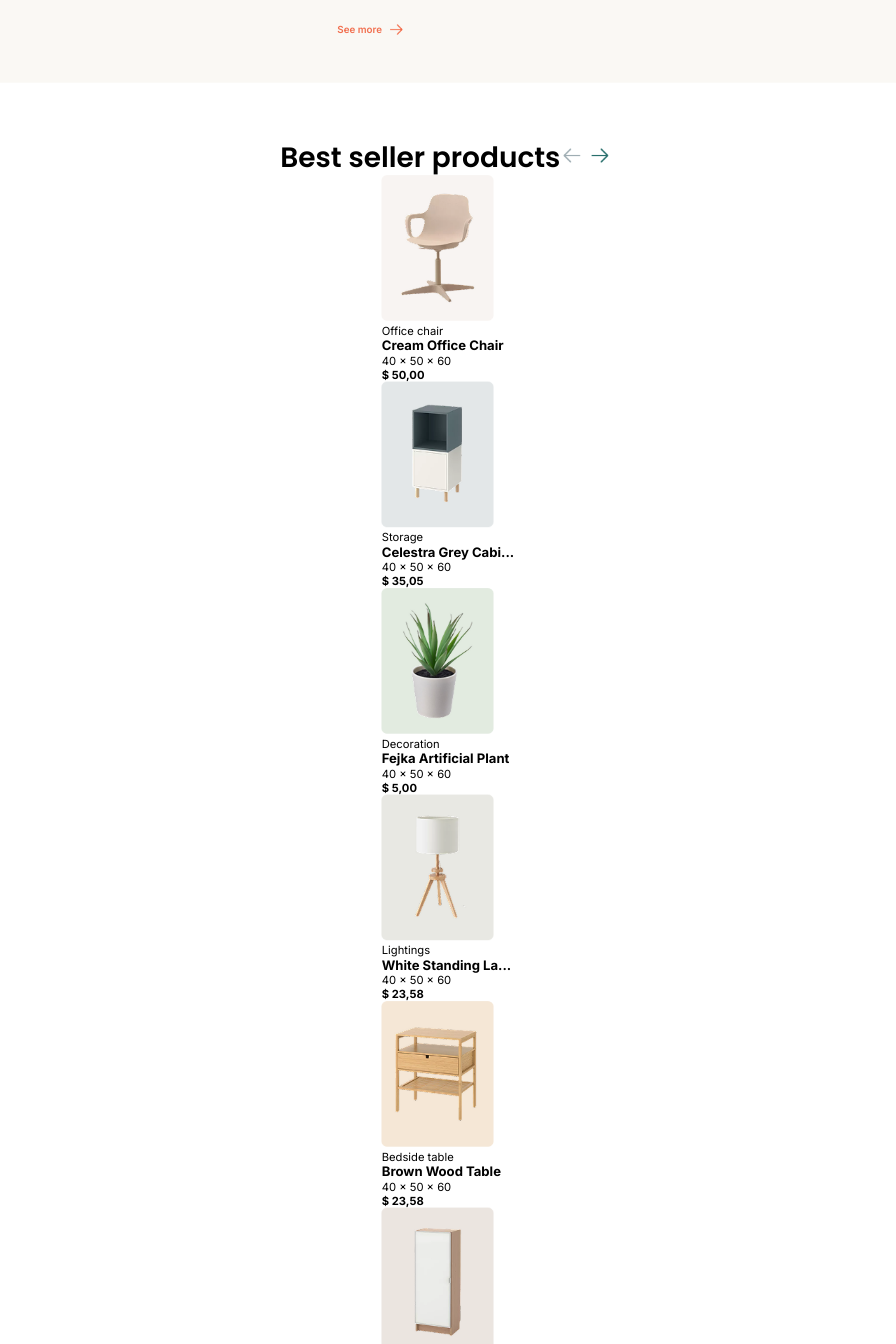
Repository: MatheusEich15/FrontEnd
Page: Prova 1 FrontEnd/Prova 1 FrontEnd/index.html
An editor plug-in stored every save of this project. The page is shown before and after the next save, followed by the edit.
The browser window is 1280 px wide. The pictures show the part of the page from y = 1673 to 3593 px (the page is 6204 px tall before and 4729 px after), at 70% of full size.

Above is the page before, as saved 2026-03-12 14:04:02.

### Prova 1 FrontEnd/Prova 1 FrontEnd/index.html
<!DOCTYPE html>

<html lang="en">

<head>
    <meta charset="UTF-8">
    <meta name="viewport" content="width=device-width, initial-scale=1.0">
    <title>Coca</title>
    <link rel="stylesheet" href="style.css">
    <!--  -->
</head>

<body>

    <header>

        <div id="links-header"> <!-- div para links do lado esquerdo -->
            <div id="logo-header"><img src="./assets/images/Logo-images/Logo.png" alt="Logo"></div>
            <nav>
                <ul>
                    <li><a href="#"><span>About</span></a></li>
                    <li><a href="#">Blog</a></li>
                    <li><a href="#">Contact</a></li>
                </ul>
            </nav>
        </div>
        <div id="btn-header"> <!-- div para links do lado direito -->
            <a id="sign-in-btn" href="#">Sign In</a>
            <button><img src="./assets/icons/Menu.png" alt="Menu"></button>
        </div>

    </header>

    <main>

        <section id="introduction"> <!-- Introdução ao site -->
            <div id="introduction-content">
                <h3>Explore any kind of furnitures</h3>
                <h1>Better Furniture <br>
                    Better Living</h1>
                <div id="introduction-btn">
                    <a href="#">Check our projects</a>
                    <div id="right-arrow"><img src="./assets/icons/Short Right Arrow.png" alt="Seta"></div>
                </div>
            </div>
        </section>

        <section id="about"> <!-- Sobre o site -->
            <div class="title">
                <h2>What we provide</h2>
            </div>
            <div id="about-items"> <!-- Informações básicas -->
                <div class="about-item">
                    <img src="./assets/icons/Home.png" alt="Ícone de Home">
                    <h3>10 years of experience <br>
                        in furniture business</h3>
                    <p>We’re already established since 2012, and <br>
                        in 10 years we have lots of positive <br>
                        reviews and achievements</p>
                    <div id="see-more-btn">
                        <a href="#">See more</a>
                        <img src="./assets/icons/Normal Right Arrow.png" alt="Seta">
                    </div>
                </div>
                <div class="about-item">
                    <img src="./assets/icons/Credit Card.png" alt="Ícone de Cartão de Crédito">
                    <h3>Afforable price with <br>
                        world class quality</h3>
                    <p>Our craftsmen have lots of experience <br>
                        dealing with crafting furnitures and some <br>
                        of them have world class quality</p>
                    <div id="see-more-btn">
                        <a href="#">See more</a>
                        <img src="./assets/icons/Normal Right Arrow.png" alt="Seta">
                    </div>
                </div>
                <div class="about-item">
                    <img src="./assets/icons/Thumbs Up.png" alt="Ícone de Polegares Para Cima">
                    <h3>Bring your ideas into <br>
                        a living product</h3>
                    <p>Besides you can buy the existing product, <br>
                        you can also consultate with us also to <br>
                        make your dream furniture</p>
                    <div id="see-more-btn">
                        <a href="#">See more</a>
                        <img src="./assets/icons/Normal Right Arrow.png" alt="Seta">
                    </div>
                </div>
            </div>
        </section>

        <section id="products"> <!-- Produtos disponíveis -->
            <div class="title-arrows">
                <h2>Best seller products</h2>
                <div class="title-btn">
                    <img src="./assets/icons/Normal Left Arrow Sells.png" alt="Seta">
                    <img src="./assets/icons/Normal Right Arrow Sells.png" alt="Seta">
                </div>
            </div>
            <div id="products-items">
                <div class="product-item">
                    <img src="./assets/images/Products-images/Cream Office Chair.png" alt="Cadeira de Escritório Cor Creme">
                    <p>Office chair</p>
                    <h3>Cream Office Chair</h3>
                    <p>40 x 50 x 60</p>
                    <h4>$ 50,00</h4>
                </div>
                <div class="product-item">
                    <img src="./assets/images/Products-images/Celestra Grey Cabi.png" alt="Armário Pequeno Cor Cinza e Branco">
                    <p>Storage</p>
                    <h3>Celestra Grey Cabi...</h3>
                    <p>40 x 50 x 60</p>
                    <h4>$ 35,05</h4>
                </div>
                <div class="product-item">
                    <img src="./assets/images/Products-images/Fejka Artificial Plant.png" alt="Planta Artificial em Vaso Cor Cinza">
                    <p>Decoration</p>
                    <h3>Fejka Artificial Plant</h3>
                    <p>40 x 50 x 60</p>
                    <h4>$ 5,00</h4>
                </div>
                <div class="product-item">
                    <img src="./assets/images/Products-images/White Standing La.png" alt="Luminária Cor Branca">
                    <p>Lightings</p>
                    <h3>White Standing La...</h3>
                    <p>40 x 50 x 60</p>
                    <h4>$ 23,58</h4>
                </div>
                <div class="product-item">
                    <img src="./assets/images/Products-images/Brown Wood Table.png" alt="Mesa de Madeira Cor Marrom">
                    <p>Bedside table</p>
                    <h3>Brown Wood Table</h3>
                    <p>40 x 50 x 60</p>
                    <h4>$ 23,58</h4>
                </div>
                <div class="product-item">
                    <img src="./assets/images/Products-images/Morliden Book Rac.png" alt="Armário Médio Moderno Cor Branca">
                    <p>Storage</p>
                    <h3>Morliden Book Rac...</h3>
                    <p>40 x 50 x 60</p>
                    <h4>$ 117,73</h4>
                </div>
            </div>
        </section>

        <section id="projects"> <!-- Demonstrações de projetos -->
            <div class="title">
                <h2><span>Our latest project</span></h2>
            </div>
            <div id="projects-items">
                <div class="project-item">
                    <img src="./assets/images/Projects-images/Kitchen.png" alt="Demonstração de Cozinha">
                    <h3>KITCHEN</h3>
                    <p>Architech & Interior Design - 2023</p>
                </div>
                <div class="project-item">
                    <img src="./assets/images/Projects-images/Livingroom.png" alt="Demonstração de Sala de Estar">
                    <h3>LIVINGROOM</h3>
                    <p>Architech & Interior Design - 2023</p>
                </div>
                <div class="project-item">
                    <img src="./assets/images/Projects-images/Bedroom.png" alt="Demonstração de Quarto">
                    <h3>BEDROOM</h3>
                    <p>Architech & Interior Design - 2023</p>
                </div>
                <div class="project-item">
                    <img src="./assets/images/Projects-images/Bathroom.png" alt="Demonstração de Banheiro">
                    <h3>BATHROOM</h3>
                    <p>Architech & Interior Design - 2023</p>
                </div>
            </div>
            <div id="project-btn"> <!-- Seta do Desktop para ver mais projetos -->
                <img src="./assets/icons/Normal Right Arrow Projects.png" alt="Seta">
            </div>
        </section>

        <section id="news"> <!-- Novidades -->
            <div id="news-content">
                <h3>Newcomer product</h3>
                <div class="title">
                    <h2>2 seater Sofa</h2>
                </div>
                <p>Lorem ipsum dolor sit amet, consectetur adipiscing elit. Egestas luctus malesuada et volutpat, pellentesque dignissim suscipit. </p>
                <div id="available-colors">
                    <h4>Available Colors</h4>
                    <img src="./assets/images/News-images/Available Colors.png" alt="Cores Disponíveis">
                </div>
                <div id="news-btn">
                    <a href="#">Shop Now</a>
                    <div id="right-arrow"><img src="./assets/icons/Short Right Arrow.png" alt="Seta"></div>
                </div>
            </div>
        </section>

        <section id="testimonials">
            <div class="title">
                <h2>What our clients say</h2>
                <div class="title-btn">
                    <img src="./assets/icons/Normal Left Arrow Sells.png" alt="Seta">
                    <img src="./assets/icons/Normal Right Arrow Sells.png" alt="Seta">
                </div>
            </div>
            <div id="testimonials-card">
                <img src="./assets/images/Testimonials-images/Testimonial Person.png" alt="Foto de pessoa">
                <img src="./assets/icons/Testimonial Person “.png" alt="Ícone de Aspas Duplas">
                <h3>As expected, 10 years
                    experience on furniture
                    business will not disappointing
                    at all</h3>
                <p>As they said, their 10 years of
                    experience in furniture and interior
                    business is real. They work it
                    professionally and friendly at the
                    same time and of course the results
                    is beyond my expectations.</p>
                <h4>Roy Rakabuming</h4>
                <div id="1-decorative">
                    <p>1</p>
                </div>
            </div>
        </section>

    </main>

    <footer>

        <div id="footer-top"> <!-- Parte superior à divisória do footer -->
            <div id="logo-footer"><img src="./assets/images/Logo-images/Logo.png" alt="Logo"></div>
            <div><h4>Better Furniture, Better Living</h4></div>
            <div id="footer-contact">
                <div id="address">
                    <div id="address-title">
                        <img src="./assets/icons/Pin.png" alt="Marcador">
                        <h4>Address</h4>
                    </div>
                    <p>7319 Wagon Lane Bradenton, FL 34203</p>
                </div>
                <div id="contact-us">
                    <div id="contact-us-title">
                        <img src="./assets/icons/Envelope.png" alt="Envelope">
                        <h4>Contact Us</h4>
                    </div>
                    <p>hellosansbrothers@gmail.com</p>
                </div>
            </div>
            <div id="footer-links"> <!-- Links do footer -->
                <nav id="footer-website">
                    <h2>Website</h2>
                    <ul>
                        <li><a href="#">Home</a></li>
                        <li><a href="#">About Us</a></li>
                        <li><a href="#">Services</a></li>
                        <li><a href="#">Contact Us</a></li>
                    </ul>
                </nav>
                <nav id="footer-products">
                    <h2>Products</h2>
                    <ul>
                        <li><a href="#">Tables</a></li>
                        <li><a href="#">Chairs</a></li>
                        <li><a href="#">Storages</a></li>
                        <li><a href="#">Decorations</a></li>
                    </ul>
                </nav>
            </div>
        </div>
        <div id="footer-bottom"> <!-- Parte inferior à divisória do footer -->
            <div id="copyrights">
                <p>© Sans Brothers</p>
            </div>
            <div id="footer-policy">
                <p>Privacy and Terms</p>
                <p>Legal Notice</p>
                <p>Languanges</p>
            </div>
            <div id="footer-media">
                <img src="./assets/icons/Facebook Logo.png" alt="Logo do Facebook">
                <img src="./assets/icons/Instagram Logo.png" alt="Logo do Intagram">
                <img src="./assets/icons/Twitter Logo.png" alt="Logo do Twitter">
                <img src="./assets/icons/Linkedin Logo.png" alt="Logo do Linkedin">
            </div>
        </div>

    </footer>

</body>

</html>

### Prova 1 FrontEnd/Prova 1 FrontEnd/style.css
@import url('https://fonts.googleapis.com/css2?family=Inter:ital,opsz,wght@0,14..32,100..900;1,14..32,100..900&family=Poppins:ital,wght@0,100;0,200;0,300;0,400;0,500;0,600;0,700;0,800;0,900;1,100;1,200;1,300;1,400;1,500;1,600;1,700;1,800;1,900&family=Raleway:ital,wght@0,100..900;1,100..900&display=swap');

:root {
    --p-font: Inter; /* Fonte de parágrafos */
    --h-font: Poppins; /* Fonte de Títulos */
    --i-font: Raleway; /* Fonte de informações */
    --white: #FFFFFF;
    --off-white: #FAF8F4;
    --blue: #0F3141;
    --black: #000000;
    --orange: #F16F4F;
    --lite-orange: #EF7D60;
    --grey: #757B8A;
}

* {
    margin: 0;
    padding: 0;
    font-family: var(--p-font);
}

li {
    list-style: none;
}

a {
    text-decoration: none;
    color: var(--black);
}

button {
    background-color: transparent;
    border: none;
}

header {
    margin: 0.75rem 1.25rem 0rem 1.25rem;
    display: flex;
    justify-content: space-between;
    align-items: center;
}

#links-header nav {
    display: none;
}

#btn-header a {
    display: none;
}

#introduction {
    background: linear-gradient(to bottom, var(--white) 0%, var(--white) 20%, transparent 100%), url(./assets/images/Instroduction-images/Introduction\ Background\ Image.png);
    background-position: bottom;
    background-repeat: no-repeat;
    background-size: auto 375px;
}

#introduction-content {
    margin-top: 4.813rem;
    color: var(--black);
    display: flex;
    flex-direction: column;
    align-items: center;
}

#introduction-content h3 {
    font-weight: 500;
    font-size: 0.875rem;
    line-height: 1.875rem;
    letter-spacing: 1%;
    text-transform: uppercase;
    text-align: center;
    color: var(--blue);
}

#introduction-content h1 {
    margin-top: 0.5rem;
    font-family: var(--h-font);
    font-weight: 600;
    font-size: 2.75rem;
    line-height: 3.25rem;
    letter-spacing: -3%;
    text-align: center;
}

#introduction-btn {
    width: 15.125rem;
    height: 3.5rem;
    margin-top: 1.5rem;
    background-color: var(--orange);
    display: flex;
    justify-content: center;
    align-items: center;
    gap: 1rem;
    border-radius: 0.25rem;
    margin-bottom: 12.875rem;
}

#right-arrow {
    width: 2rem;
    height: 2rem;
    border-radius: 100%;
    background-color: var(--lite-orange);
    display: flex;
    justify-content: center;
    align-items: center;
}

#introduction-btn a {
    color: var(--white);
    font-weight: 600;
    font-size: 1.125rem;
    line-height: 100%;
    letter-spacing: -1%;
}

#about {
    display: flex;
    flex-direction: column;
    align-items: center;
    background-color: var(--off-white);
}

.title h2 {
    font-family: var(--h-font);
    margin-top: 5.563rem;
    font-weight: 600;
    font-size: 2.5rem;
    line-height: 100%;
    letter-spacing: -3%;
}

#about-items {
    margin-top: 3.313rem;
    display: flex;
    flex-direction: column;
    align-items: center;
    gap: 3.75rem;
    margin-bottom: 3.938rem;
}

.about-item h3 {
    margin-top: 0.75rem;
    font-family: var(--h-font);
    font-weight: 600;
    font-size: 1.5rem;
    line-height: 2.125rem;
    letter-spacing: -2%;
}

.about-item p {
    margin-top: 1rem;
    color: var(--grey);
    font-weight: 400;
    font-size: 1rem;
    line-height: 1.75rem;
    letter-spacing: 1%;
}

#see-more-btn {
    margin-top: 1.5rem;
    display: flex;
    align-items: center;
    gap: 0.5rem;
}

#see-more-btn a {
    color: var(--orange);
    font-weight: 600;
    font-size: 0.875rem;
    line-height: 1.688rem;
    letter-spacing: 1%;
}

#products {
    display: flex;
    flex-direction: column;
    align-items: center;
}

.title-arrows {
    margin: 5rem 1.938rem 0rem 1.5rem;
    display: flex;
}

.title-arrows h2 {
    font-family: var(--h-font);
    font-weight: 600;
    font-size: 2.5rem;
    line-height: 3.25rem;
    letter-spacing: -3%;
}

.title-btn {
    display: flex;
    align-items: end;
    gap: 0.5rem;
    margin-bottom: 0.75rem;
}

.title-btn img {
    max-width: 2rem;
    max-height: 2rem;
}

#product-items {
    display: flex;
}

After the next save:
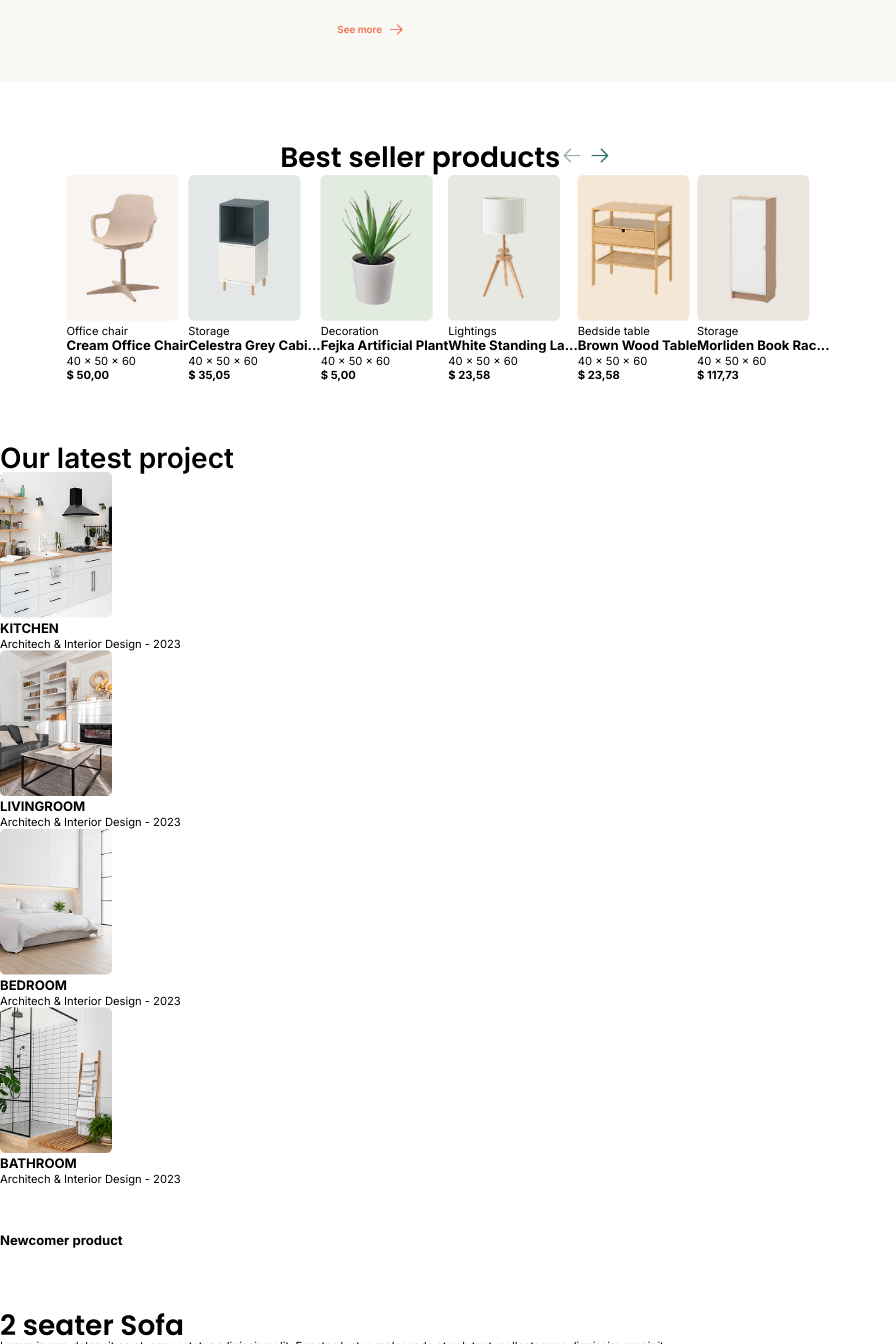
Saved 4 s later.
--- a/Prova 1 FrontEnd/Prova 1 FrontEnd/style.css
+++ b/Prova 1 FrontEnd/Prova 1 FrontEnd/style.css
@@ -203,6 +203,6 @@ header {
     max-height: 2rem;
 }
 
-#product-items {
-    display: flex;
-}
+#products-items {
+    display: flex;
+}
